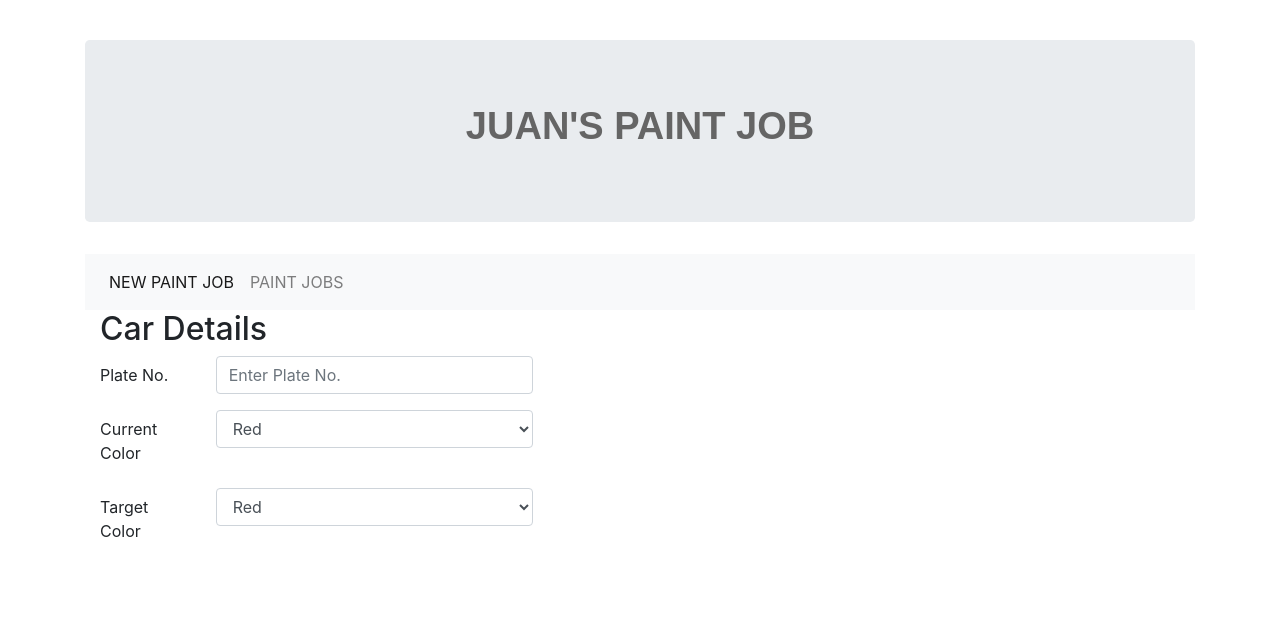
Repository: soycaringal/paint-job
Page: resources/views/welcome.blade.php
These files come from the project's save history. The page is drawn as it stood at one moment and after the next save; the edit follows.
The browser window is 1280 px wide. The pictures show the whole page.
The page is served by the project's Laravel application, run on PHP 8.4 with Laravel 8. Other server files are loaded and not shown. The template is opened directly, without the code that normally fills it, so the values that code supplies are empty.

Above is the page before, as saved 2020-02-21 22:38:22.

### resources/views/welcome.blade.php
<!DOCTYPE html>
<html lang="{{ str_replace('_', '-', app()->getLocale()) }}">
    <head>
        <meta charset="utf-8">
        <meta name="viewport" content="width=device-width, initial-scale=1">

        <title>Laravel</title>

        <!-- Fonts -->
        <link href="https://fonts.googleapis.com/css?family=Nunito:200,600" rel="stylesheet">
        <link rel="stylesheet" href="https://stackpath.bootstrapcdn.com/bootstrap/4.1.3/css/bootstrap.min.css" integrity="sha384-MCw98/SFnGE8fJT3GXwEOngsV7Zt27NXFoaoApmYm81iuXoPkFOJwJ8ERdknLPMO" crossorigin="anonymous">
        <script src="https://code.jquery.com/jquery-3.3.1.slim.min.js" integrity="sha384-q8i/X+965DzO0rT7abK41JStQIAqVgRVzpbzo5smXKp4YfRvH+8abtTE1Pi6jizo" crossorigin="anonymous"></script>
        <script src="https://cdnjs.cloudflare.com/ajax/libs/popper.js/1.14.3/umd/popper.min.js" integrity="sha384-ZMP7rVo3mIykV+2+9J3UJ46jBk0WLaUAdn689aCwoqbBJiSnjAK/l8WvCWPIPm49" crossorigin="anonymous"></script>
        <script src="https://stackpath.bootstrapcdn.com/bootstrap/4.1.3/js/bootstrap.min.js" integrity="sha384-ChfqqxuZUCnJSK3+MXmPNIyE6ZbWh2IMqE241rYiqJxyMiZ6OW/JmZQ5stwEULTy" crossorigin="anonymous"></script>
        <link href="/css/main.css" rel="stylesheet">
    </head>
    <body>
        <div class="container">
            <header>
                <div class="jumbotron text-center">
                    <h1>Juan's Paint Job</h1>
                </div>
                <nav class="navbar navbar-expand-lg navbar-light bg-light">
                    <div class="collapse navbar-collapse" id="navbarText">
                        <ul class="navbar-nav mr-auto">
                            <li class="nav-item active">
                                <a class="nav-link" href="/">NEW PAINT JOB</a>
                            </li>
                            <li class="nav-item">
                                <a class="nav-link" href="/jobs">PAINT JOBS</a>
                            </li>
                            </li>
                        </ul>
                    </div>
                </nav>
            </header>


            <main>
                <section class="col-5">
                    <h2>Car Details</h2>
                    <!-- START: Plate No. -->
                    <div class="form-group row">
                        <label class="col-3 col-form-label">Plate No.</label>
                        <div class="col-9">
                            <input type="text" name="car_plate_no" class="form-control" placeholder="Enter Plate No.">
                        </div>
                    </div>
                    <!-- END: Plate No. -->
                    <!-- START: Current Color -->
                    <div class="form-group row">
                        <label class="col-3 col-form-label">Current Color</label>
                        <div class="col-9">
                            <select name="car_current_color"class="form-control">
                                <option value="red">Red</option>
                                <option value="green">Green</option>
                                <option value="blue">Blue</option>
                            </select>
                        </div>
                    </div>
                    <!-- END: Current Color -->
                    <!-- START: Target Color -->
                    <div class="form-group row">
                        <label class="col-3 col-form-label">Target Color</label>
                        <div class="col-9">
                            <select name="car_target_color"class="form-control">
                                <option value="red">Red</option>
                                <option value="green">Green</option>
                                <option value="blue">Blue</option>
                            </select>
                        </div>
                    </div>
                    <!-- END: Target Color -->

                </section>
            </main>

        </div>
    </body>
</html>

### public/css/main.css
header {
    margin-top: 40px;
}

header h1 {
    font-family: 'arial';
    font-weight: bold;
    font-size: 38px;
    text-transform: uppercase;
    color: #656565;
}

.navbar {
    /* background-color: #e9695b; */
}

Loaded but not shown: routes/web.php (common file)

After the next save:
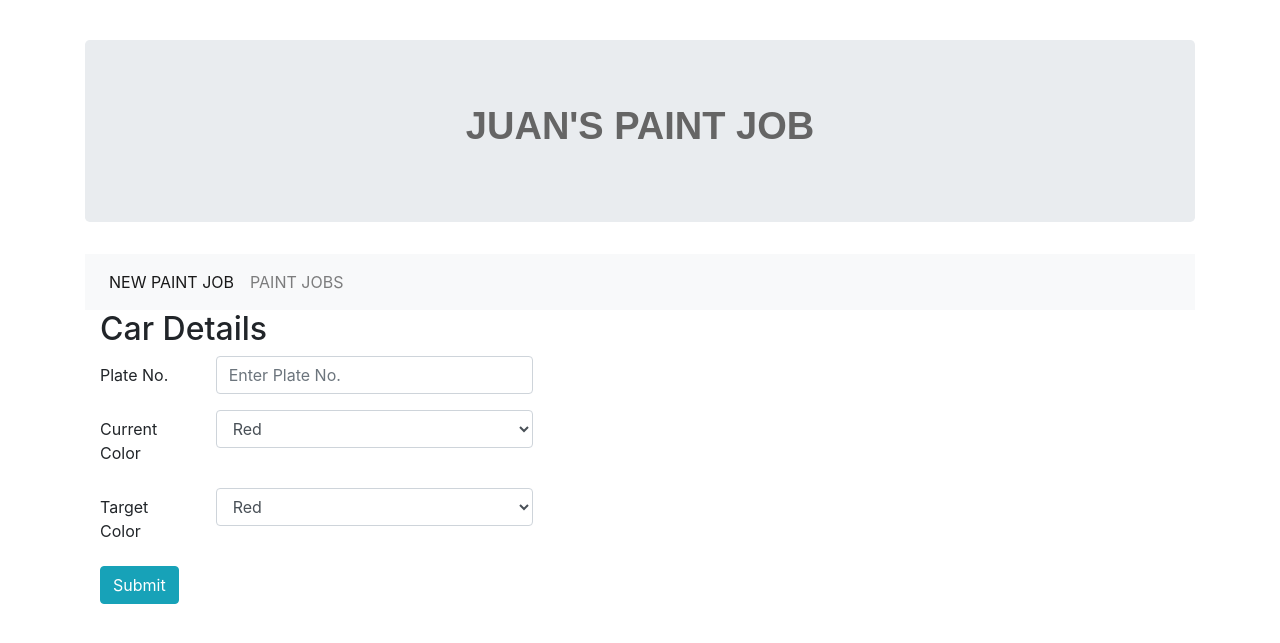
Saved 47 s later.
--- a/resources/views/welcome.blade.php
+++ b/resources/views/welcome.blade.php
@@ -71,7 +71,7 @@
                         </div>
                     </div>
                     <!-- END: Target Color -->
-
+                    <button class="btn btn-info">Submit</button>
                 </section>
             </main>
 
